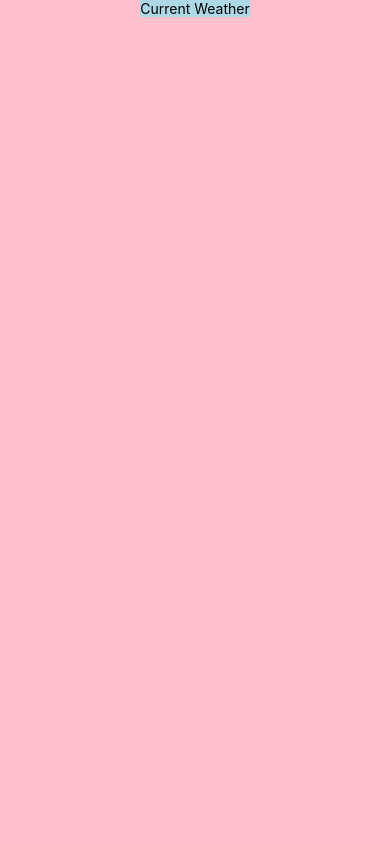
Repository: akinmiday/fcc
Screen: / (app in WeatherApp/)
An editor plug-in stored every save of this project. The screen is shown before and after the next save, followed by the edit.
The app was drawn by React Native's web renderer in a window 390 px wide. The project was rebuilt for these pictures with package versions that can differ from the ones it lists, and the page was loaded fresh each time.

Above is the screen before, as saved 2023-07-18 06:50:30.

### WeatherApp/App.js
import React from "react";
import { View, Text, SafeAreaView, StyleSheet } from "react-native";

const App = () =>{
  return(
   <SafeAreaView style={styles.wrapper} >
     <View style={styles.container} >
      <Text>Current Weather</Text>
    </View>
   </SafeAreaView>
  )
}

const styles= StyleSheet.create({
  container:{
    backgroundColor: 'lightblue'
  },
  wrapper:{
    flex:1,
    backgroundColor: 'pink',
    alignItems: 'center'

  }
})

export default App

After the next save:
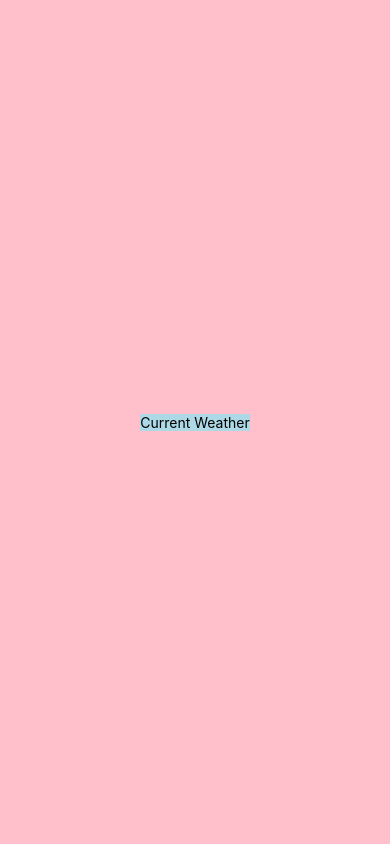
Saved 23 s later.
--- a/WeatherApp/App.js
+++ b/WeatherApp/App.js
@@ -18,7 +18,8 @@
   wrapper:{
     flex:1,
     backgroundColor: 'pink',
-    alignItems: 'center'
+    alignItems: 'center',
+    justifyContent: 'center'
 
   }
 })

After the save that followed:
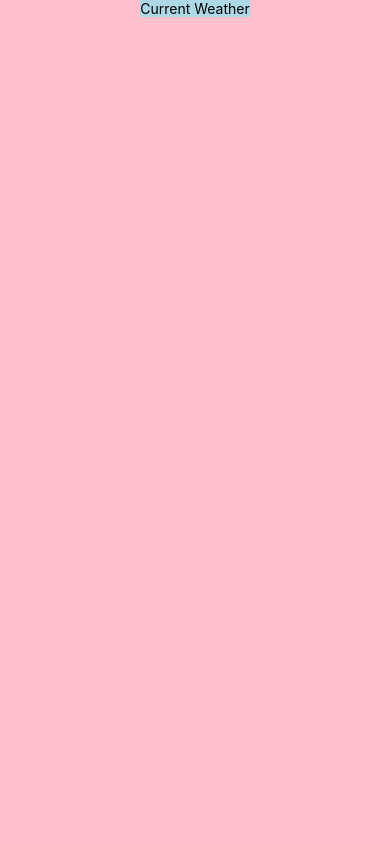
Saved 7 s later.
--- a/WeatherApp/App.js
+++ b/WeatherApp/App.js
@@ -19,7 +19,6 @@
     flex:1,
     backgroundColor: 'pink',
     alignItems: 'center',
-    justifyContent: 'center'
 
   }
 })
